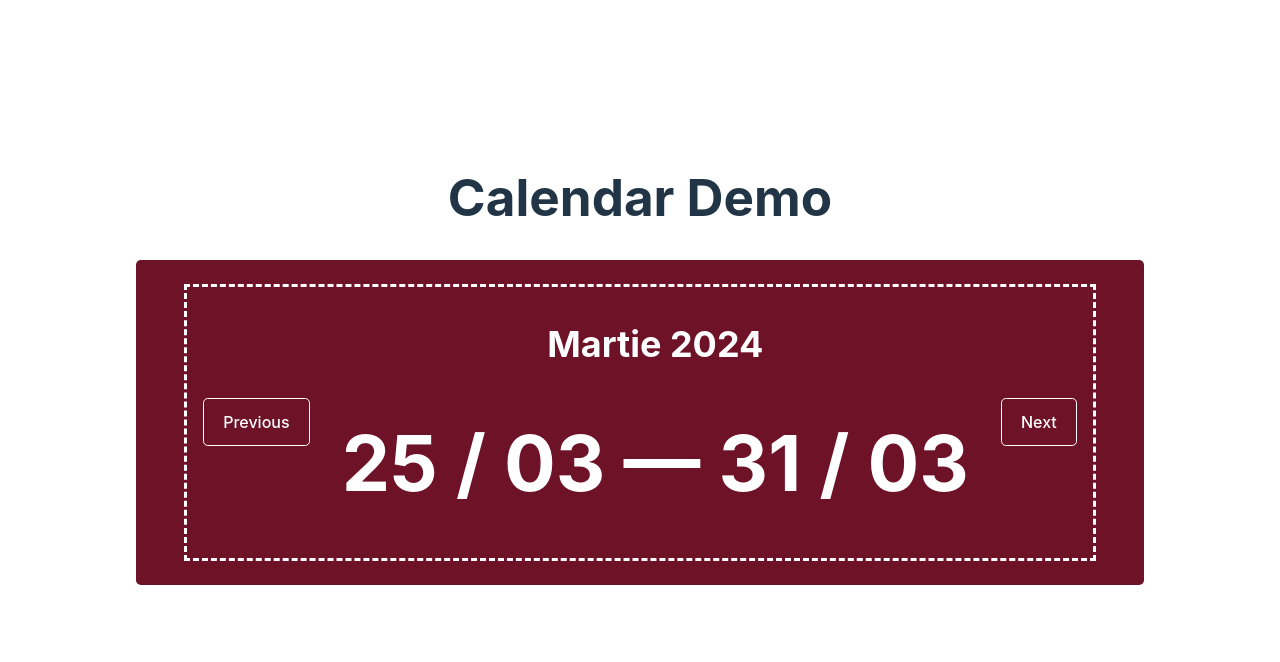
Repository: Maryie-B/weekly-calendar-scheduler
Page: /
An editor plug-in stored every save of this project. The page is shown before and after the next save, followed by the edit.
The browser window is 1280 px wide. The pictures show the whole page.
The project was rebuilt for these pictures with package versions that can differ from the ones it lists, and the page was loaded fresh each time. Also part of the build but not shown: vite.config.js.

Above is the page before, as saved 2024-03-26 14:53:50.

After the next save:
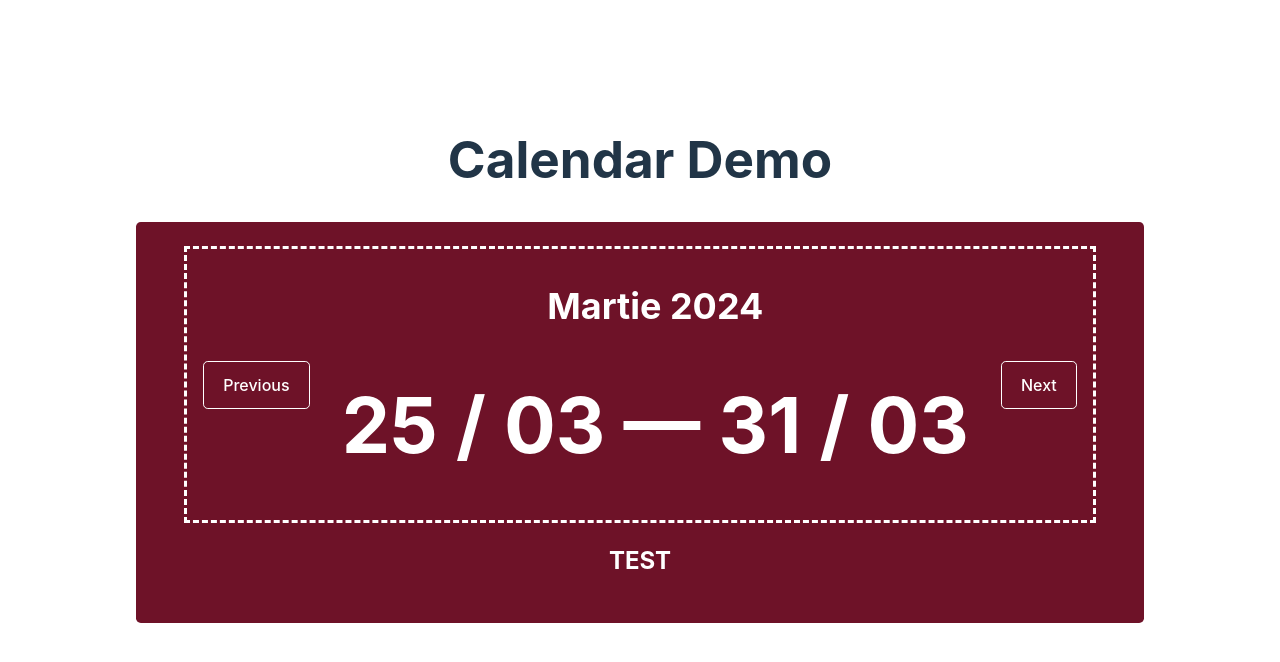
Saved 25 s later.
--- a/src/CalendarDays.jsx
+++ b/src/CalendarDays.jsx
@@ -10,6 +10,7 @@ const CalendarDays = () => {
            <h3>{day}</h3>
         </div>
       })}
+      <h2>TEST</h2>
     </div>
   )
 }
